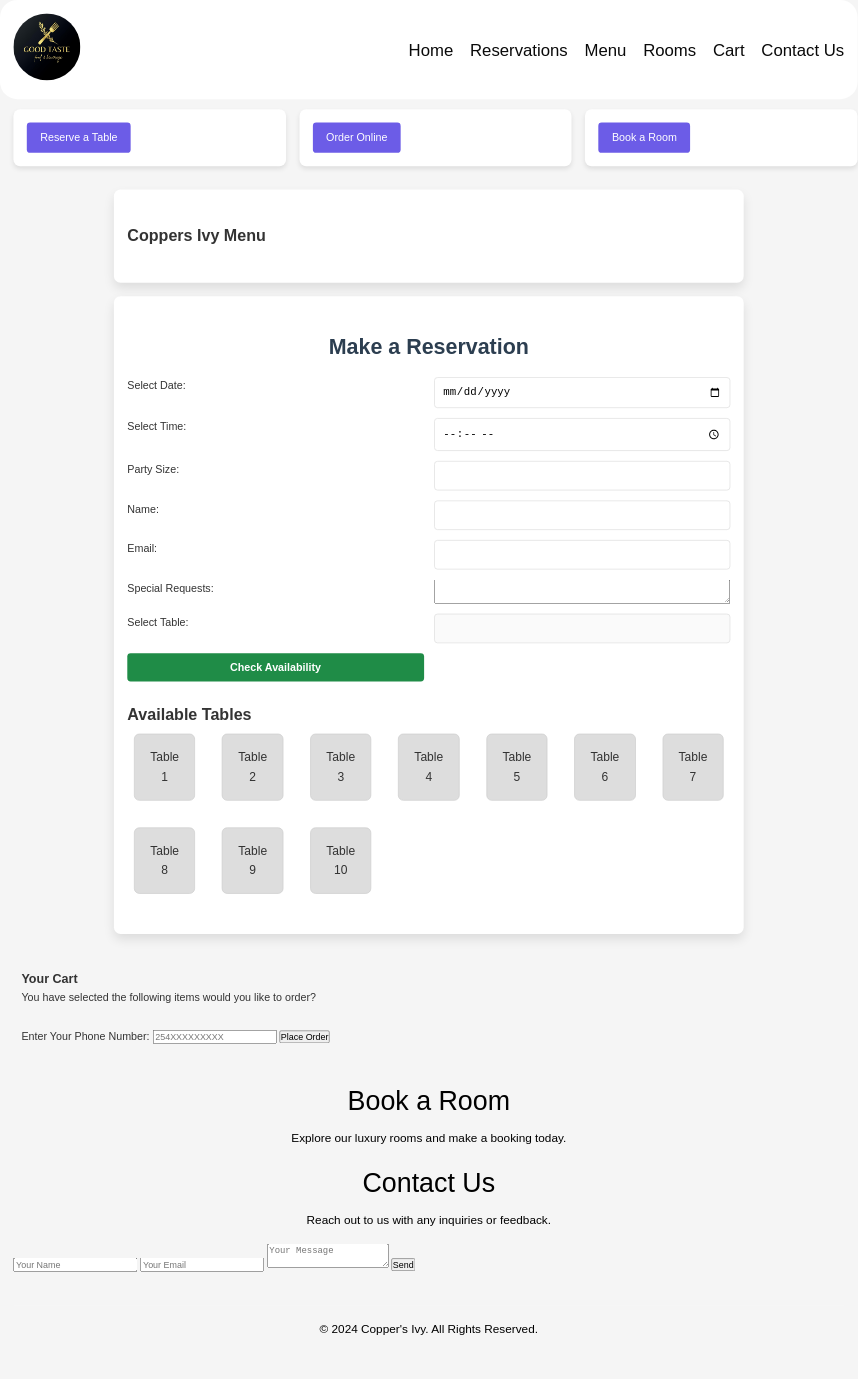
Repository: malingubarnice/Online-Reservation-System
Page: index.html
The author's editor kept a copy of each file at every save. The page is drawn from the files as they stood at one save, then again after the next save.
The browser window is 1280 px wide. The pictures show the whole page, at 67% of full size.

Above is the page before, as saved 2025-02-07 18:37:13.

After the next save:
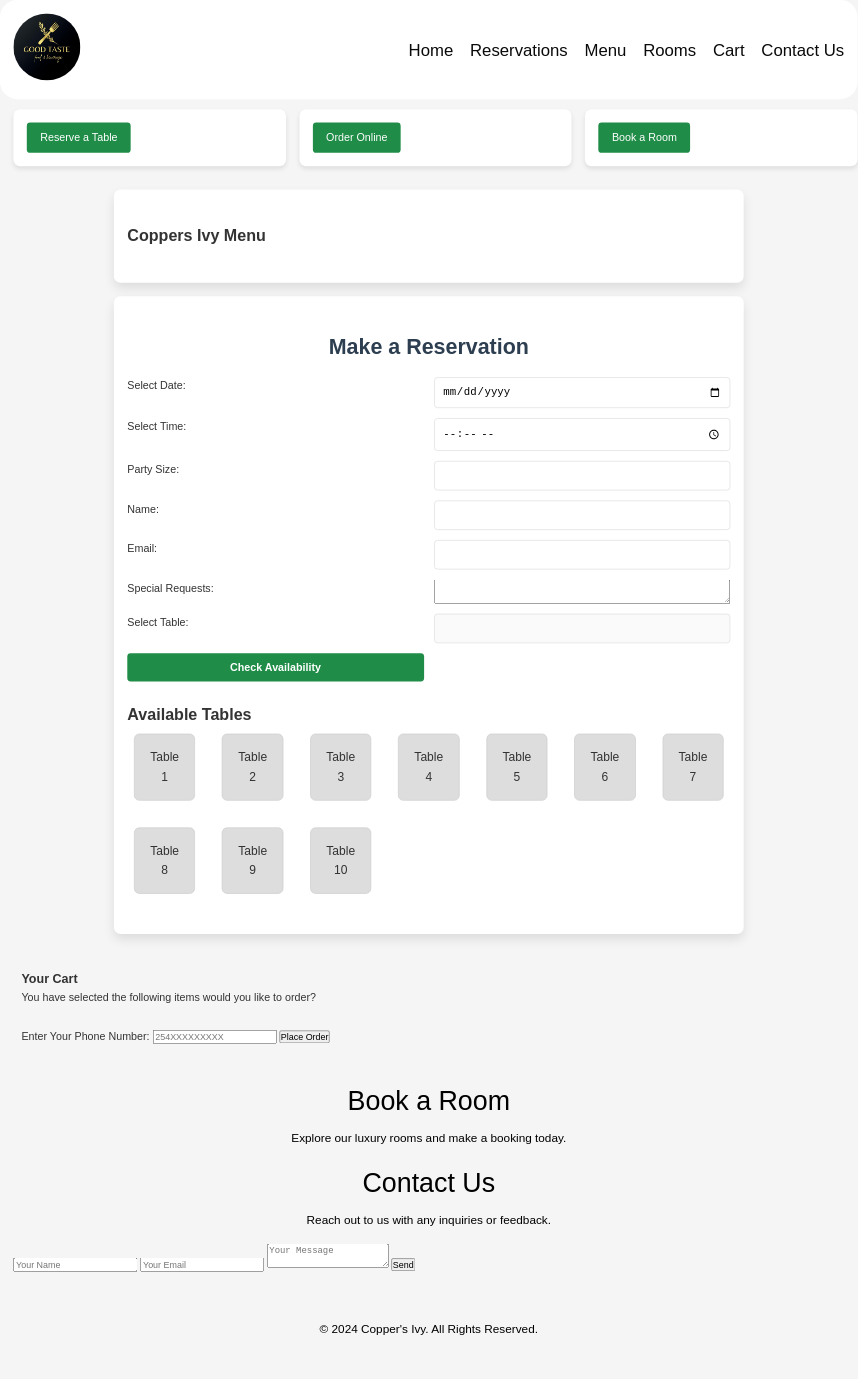
Saved 63 s later.
--- a/styles.css
+++ b/styles.css
@@ -91,7 +91,7 @@
   /* Optional: Adjusting feature links */
   .feature a {
     display: inline-block;
-    background-color: #6c5ce7;
+    background-color: #1f8c47;
     color: #fff;
     padding: 10px 20px;
     border-radius: 5px;
@@ -100,7 +100,7 @@
   }
 
   .feature a:hover {
-    background-color: #4834d4;
+    background-color: #27ae60;
   }
 
 
